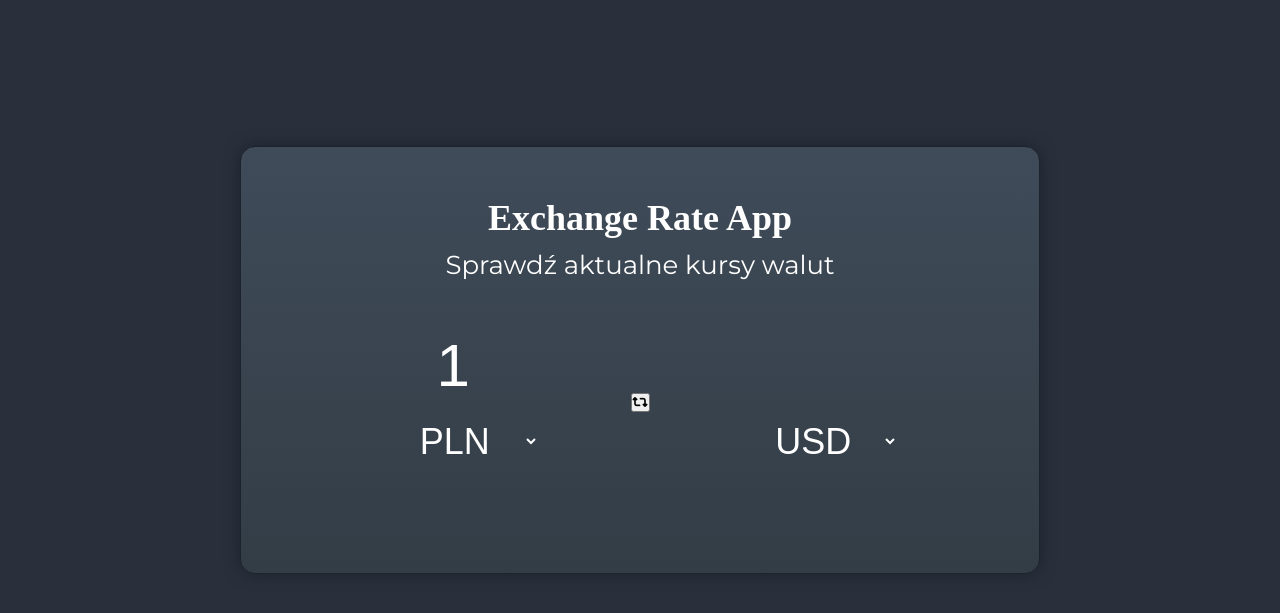
Repository: KrzysKolo/Projekt-6_Kantor
Page: index.html
An editor plug-in stored every save of this project. The page is shown before and after the next save, followed by the edit.
The browser window is 1280 px wide. The pictures show the whole page.
Some web fonts or font styles are not loaded; a fallback is used. Some web libraries are served in a nearby version.

Above is the page before, as saved 2020-07-12 06:19:00.

After the next save:
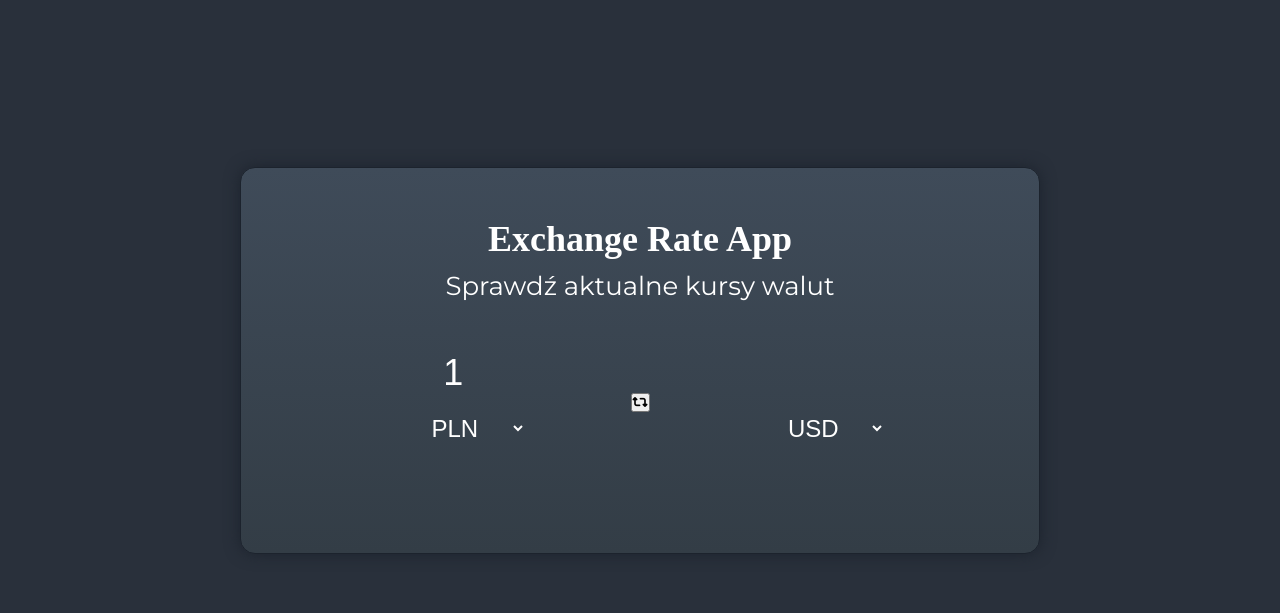
Saved 33 s later.
--- a/css/style.css
+++ b/css/style.css
@@ -46,7 +46,7 @@ body {
 .app-body input {
   margin-bottom: 10px;
   width: 100%;
-  font-size: 60px;
+  font-size: 36px;
 }
 .app-body input,
 .app-body select {
@@ -57,7 +57,7 @@ body {
 }
 .app-body select {
   padding: 10px 30px;
-  font-size: 36px;
+  font-size: 24px;
   cursor: pointer;
 }
 .app-body input:focus,
